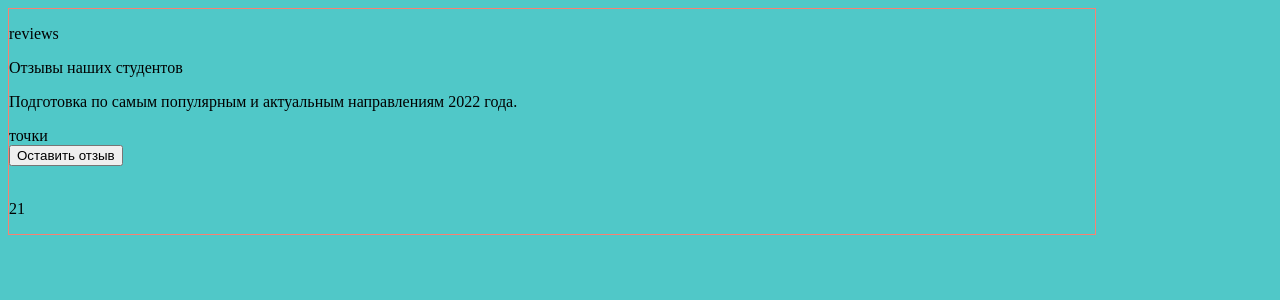
Repository: Malvuna/Studi
Page: index.html
These files come from the project's save history. The page is drawn as it stood at one moment and after the next save; the edit follows.
The browser window is 1280 px wide. The pictures show the whole page.

Above is the page before, as saved 2022-07-11 16:02:57.

### index.html

<!DOCTYPE html>
<html lang="en">
  <head>
    <meta charset="UTF-8" />
    <meta http-equiv="X-UA-Compatible" content="IE=edge" />
    <meta name="viewport" content="width=device-width, initial-scale=1.0" />
    <link rel="stylesheet" href="./css/style.css" />
    <link rel="preconnect" href="https://fonts.googleapis.com">
    <link rel="preconnect" href="https://fonts.gstatic.com" crossorigin>
    <link href="https://fonts.googleapis.com/css2?family=Caveat:wght@400;600;700&family=Inter:wght@400;600;700&display=swap" rel="stylesheet">
  <body>
    <header>
    </header>

    <main>
      <div id="container" class="container">

      <p>reviews</p>
      <p>Отзывы наших студентов</p>
      <p>Подготовка по самым популярным и актуальным направлениям 2022 года.</p>
      <div></div>
      <div>точки</div>
      <button>Оставить отзыв</button>

    </div>
    </main>


    <footer>

    </footer>

  </body>
  <script type="module" src="./javascript/javascript.js"></script>
</html>

### css/style.css

body{
 background-color: rgb(80, 200, 200);
}

.container {
    width: 1086px;
    border: 1px salmon solid;
    text-align: left;
}

### javascript/javascript.js


//переменная для общего контейнера
let container = document.querySelector("#container");

//переменная для всех карточек






let divAllCard = document.createElement("div");
divAllCard.className = "divAllCard";
container.append(divAllCard);

//переменная для одной карточки
let divOneCard = document.createElement("div");
divOneCard.className = "divOneCard";
divAllCard.append(divOneCard);

let foto = document.createElement("img");
divOneCard.append(foto);


let nameText = document.createElement("p");
nameText.innerHTML = "Ann";
divOneCard.append(nameText);

let nameAge = document.createElement("p");
nameAge.innerHTML = "21 ";
divOneCard.append(nameAge);

let divRightBlock = document.createElement("div");

let headText = document.createElement("p");
headText.innerHTML = "Чудесные преподаватели!";
divRightBlock.append(nameText);

After the next save:
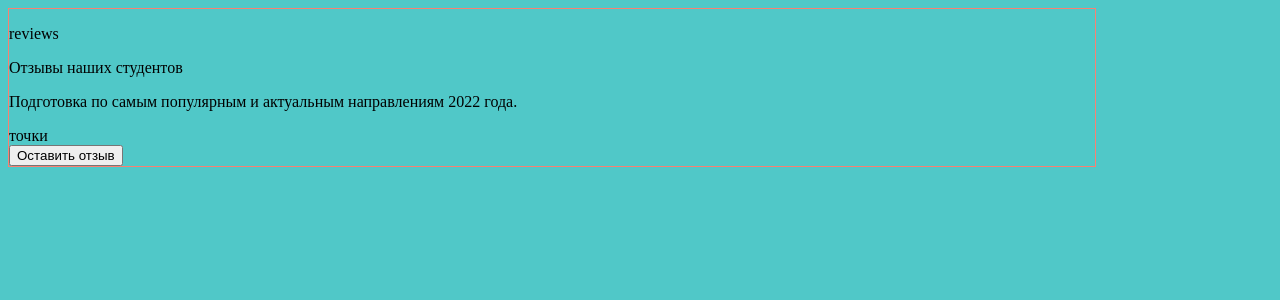
Console error: SyntaxError: Identifier 'divAllCard' has already been declared
Saved 5 s later.
--- a/javascript/javascript.js
+++ b/javascript/javascript.js
@@ -4,7 +4,9 @@
 let container = document.querySelector("#container");
 
 //переменная для всех карточек
-
+let divAllCard = document.createElement("div");
+divAllCard.className = "divAllCard";
+container.append(divAllCard);
 
 
 
